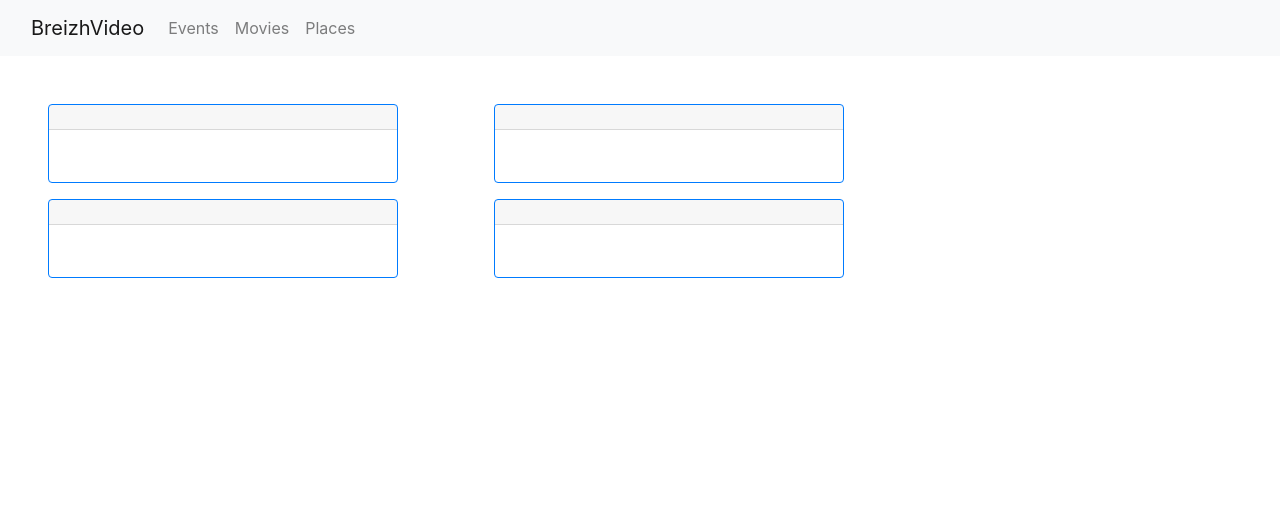
Repository: romgrm/Hackaton_BreizhVideo_FRONT
Page: /Movies
An editor plug-in stored every save of this project. The page is shown before and after the next save, followed by the edit.
The browser window is 1280 px wide. The pictures show the whole page.
The page's requests for data from a server got no answer. Some web libraries are served in a nearby version. The project was rebuilt for these pictures with package versions that can differ from the ones it lists, and the page was loaded fresh each time. No one was signed in, and anything a server would have sent is missing. Also part of the build but not shown: src/Components/Events.js, src/Components/Village.js.

Above is the page before, as saved 2020-12-21 20:19:07.

### public/index.html
<!DOCTYPE html>
<html lang="en">
  <head>
    <meta charset="utf-8" />
    <link rel="icon" href="%PUBLIC_URL%/favicon.ico" />
    <meta name="viewport" content="width=device-width, initial-scale=1" />
    <meta name="theme-color" content="#000000" />
    <meta
      name="description"
      content="Web site created using create-react-app"
    />
    <link rel="apple-touch-icon" href="%PUBLIC_URL%/logo192.png" />

    <link rel="manifest" href="%PUBLIC_URL%/manifest.json" />

    <title>React App</title>
  </head>
  <body>
    <noscript>You need to enable JavaScript to run this app.</noscript>
    <div id="root"></div>
    <script src="https://kit.fontawesome.com/f66925acc9.js" crossorigin="anonymous"></script>
  </body>
</html>

### src/index.js
import React from 'react';
import ReactDOM from 'react-dom';
import App from './App';
import {BrowserRouter} from 'react-router-dom'


ReactDOM.render(
  <BrowserRouter>
    <App />
  </BrowserRouter>,
  document.getElementById('root')
);

### src/App.js
import bootstrap from '../node_modules/bootstrap/dist/css/bootstrap.min.css'
import Header from './Components/Header'
import {Switch, Route} from 'react-router-dom'
import Films from './Components/Films'
import Events from './Components/Events';
import Village from './Components/Village';


function App() {
  return (
    <>
    <Header />
    <Switch>
      <Route path="/Events" component={Events} />
      <Route path="/Movies" component={Films} />
      <Route path="/Places" component={Village} />
      <Route path="/" />
    </Switch>
    </>
  );
}

export default App;

### src/Components/Header.js
import React from 'react'
import {Link} from 'react-router-dom'

export default function Header() {
    return (
        <nav className="navbar navbar-expand-lg navbar-light bg-light">
  <div className="container-fluid">
    <Link className="navbar-brand" to="/">BreizhVideo</Link>
    <button className="navbar-toggler" type="button" data-bs-toggle="collapse" data-bs-target="#navbarNav" aria-controls="navbarNav" aria-expanded="false" aria-label="Toggle navigation">
      <span className="navbar-toggler-icon"></span>
    </button>
    <div className="collapse navbar-collapse" id="navbarNav">
      <ul className="navbar-nav">
        <li className="nav-item">
          <Link className="nav-link" to="/Events">Events</Link>
        </li>
        <li className="nav-item">
          <Link className="nav-link" to="/Movies">Movies</Link>
        </li>
        <li className="nav-item">
          <Link className="nav-link" to="/Places">Places</Link>
        </li>
      </ul>
    </div>
  </div>
</nav>
    )
}

### src/Components/Films.js
import React, { useState, useEffect } from 'react'
import axios from 'axios'

export default function Films() {

    const [film, setFilm] = useState([]);
    const [display, setDisplay] = useState(false)

    useEffect(() => {

        async function fetchData() {

            const url1 = await axios('http://localhost:8080/Film');
            setFilm(url1.data)
            console.log(film)
            // const url2 = await axios('http://localhost:9090/Agence/' + id);
            // setDataAgence(url2.data)
        }

        fetchData();
    }, []);

    // function showFilm(display){
    //     if(display === false){
    //         setDisplay(display = !display)
    //     }
    //     console.log(display)
    // }


    return (
        <div className="container-fluid mx-auto ">
            {/* <button onClick={showFilm()}>test</button> */}
            <div className="row text-center mt-5">
                <div className=" card border-primary mb-3 mx-5" style={{ width: 350 }}>
                    <div className="card-header">{film.map((current) => (
                        current.title
                    ))}</div>
                    <div className="card-body text-primary">
                        <p className="card-title">{film.map((current, id) => (
                            current.releaseYear
                        ))}</p>
                        <p className="card-text">{film.map((current) => (
                            current.description
                        ))}</p>
                    </div>
                </div>
                <div className="card border-primary mb-3 mx-5" style={{ width: 350 }}>
                    <div className="card-header">{film.map((current) => (
                        current.title
                    ))}</div>
                    <div className="card-body text-primary">
                        <p className="card-title">{film.map((current, index) => (
                            current.releaseYear
                        ))}</p>
                        <p className="card-text">{film.map((current) => (
                            current.description
                        ))}</p>
                    </div>
                </div>
                <div className="card border-primary mb-3 mx-5" style={{ width: 350 }}>
                    <div className="card-header">{film.map((current) => (
                        current.title
                    ))}</div>
                    <div className="card-body text-primary">
                        <p className="card-title">{film.map((current, index) => (
                            current.releaseYear
                        ))}</p>
                        <p className="card-text">{film.map((current) => (
                            current.description
                        ))}</p>
                    </div>
                </div>
                <div className="card border-primary mb-3 mx-5" style={{ width: 350 }}>
                    <div className="card-header">{film.map((current) => (
                        current.title
                    ))}</div>
                    <div className="card-body text-primary">
                        <p className="card-title">{film.map((current, index) => (
                            current.releaseYear
                        ))}</p>
                        <p className="card-text">{film.map((current) => (
                            current.description
                        ))}</p>
                    </div>
                </div>
            </div>
        </div>
    )
}

After the next save:
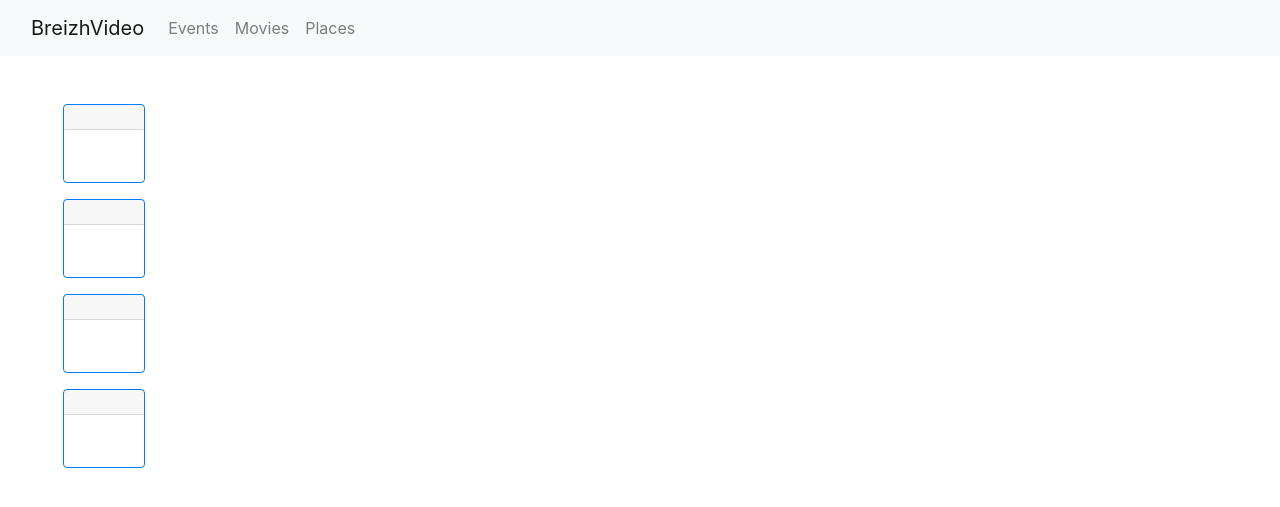
Saved 20 s later.
--- a/src/Components/Films.js
+++ b/src/Components/Films.js
@@ -31,7 +31,7 @@ export default function Films() {
     return (
         <div className="container-fluid mx-auto ">
             {/* <button onClick={showFilm()}>test</button> */}
-            <div className="row text-center mt-5">
+            <div className="row col-2 text-center mt-5">
                 <div className=" card border-primary mb-3 mx-5" style={{ width: 350 }}>
                     <div className="card-header">{film.map((current) => (
                         current.title
